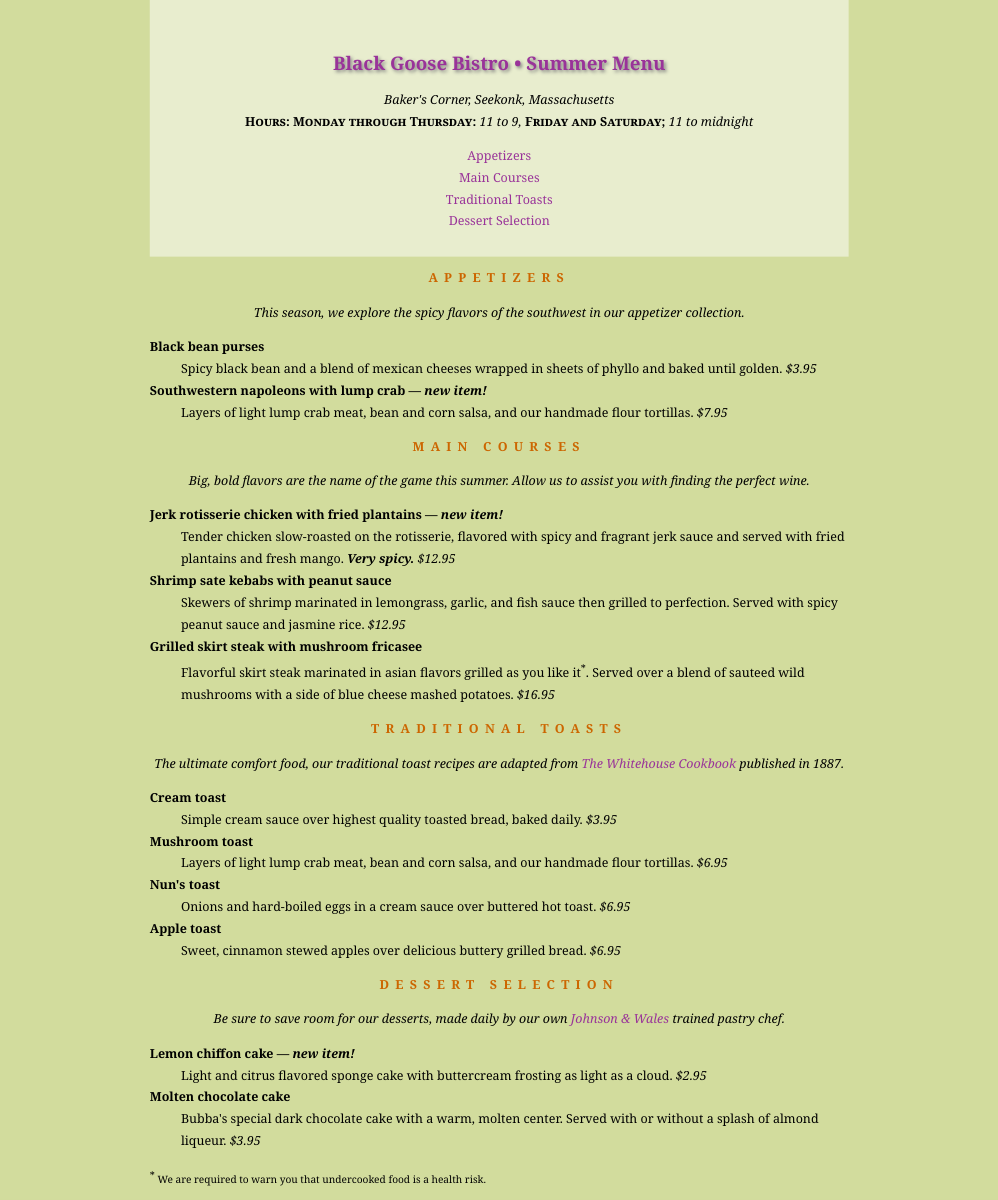
Repository: Lithium87/WebDesign
Page: Bistro/bistro.html
The author's editor kept a copy of each file at every save. The page is drawn from the files as they stood at one save, then again after the next save.
The browser window is 1280 px wide. The pictures show the whole page, at 78% of full size.
The pointer rests on the first visible `a`.
Some web fonts or font styles are not loaded; a fallback is used.

Above is the page before, as saved 2020-04-14 13:20:53.

After the next save:
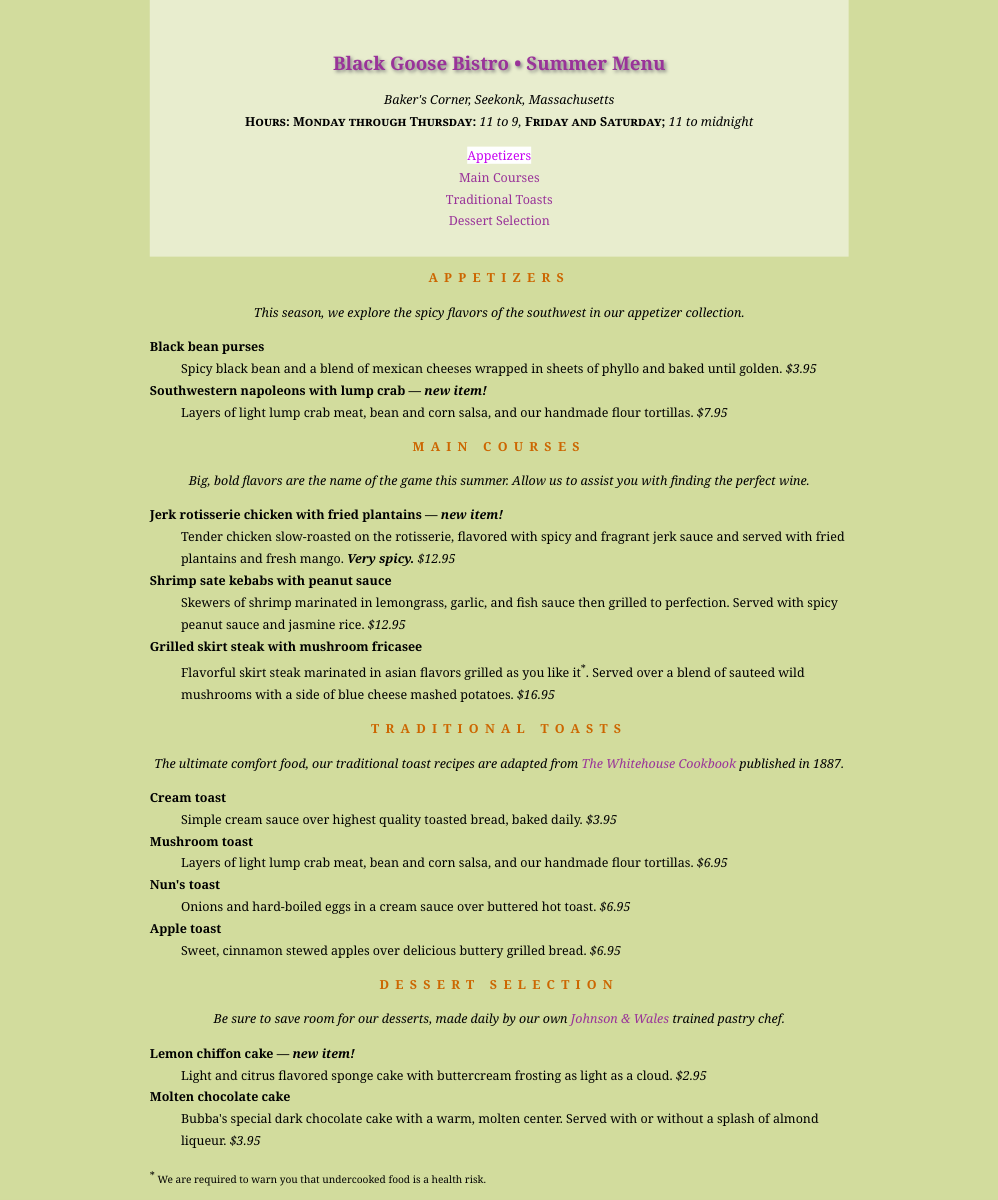
Saved 2 min 55 s later.
--- a/Bistro/bistro.html
+++ b/Bistro/bistro.html
@@ -28,6 +28,11 @@
 
         a:visited {
             color: #937393;
+        }
+
+        a:hover {
+            color: #c700f2;
+            background-color: #fff;
         }
 
         h1 {
